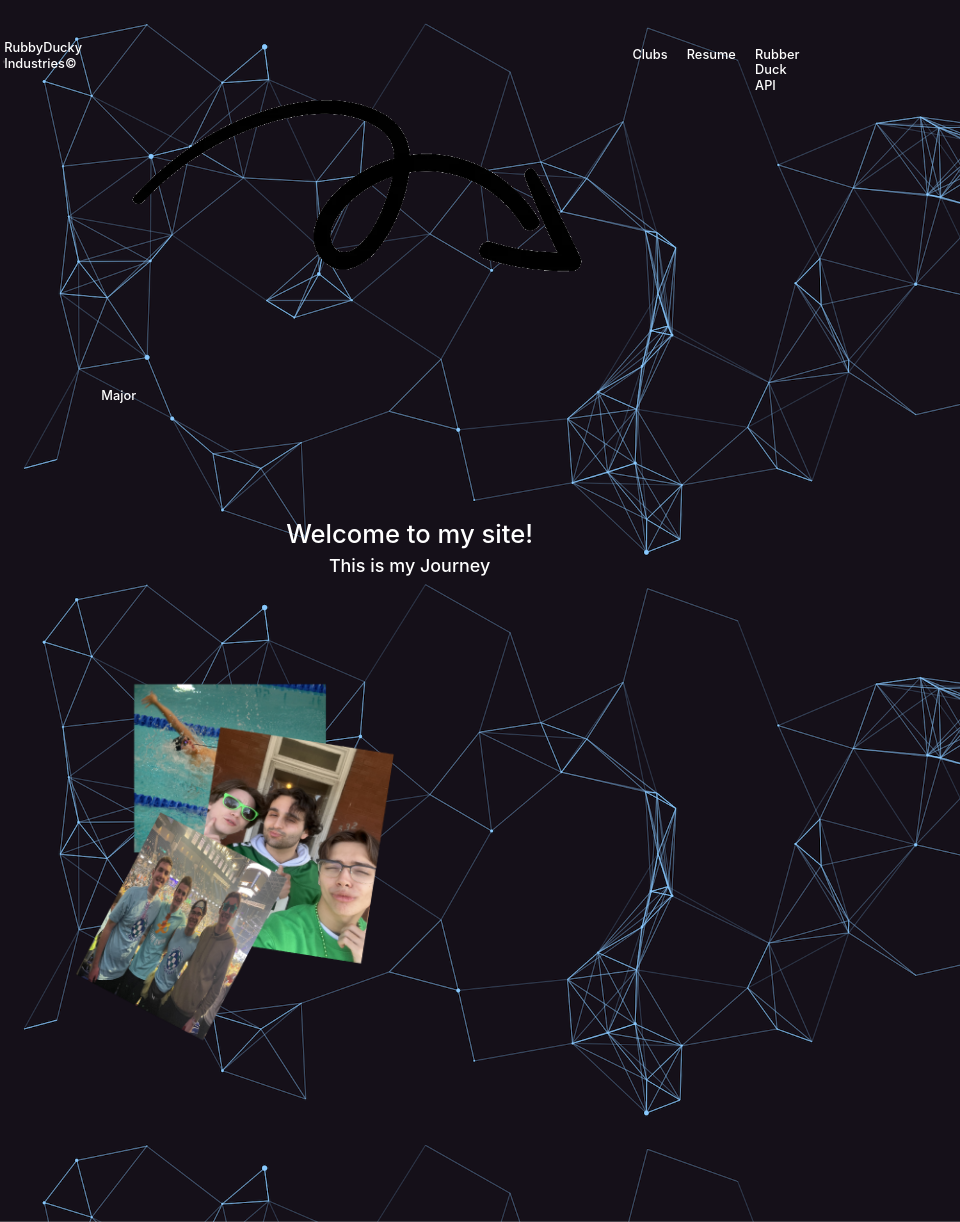
Repository: newcoder69/IST-256
Page: index.html
An editor plug-in stored every save of this project. The page is shown before and after the next save, followed by the edit.
The browser window is 1280 px wide. The page is 1500 px wide, then 1280 px, so the pictures cover 1500 px, including what lies to the right of the window. The pictures show the whole page, at 64% of full size.

Above is the page before, as saved 2024-02-28 23:19:55.

After the next save:
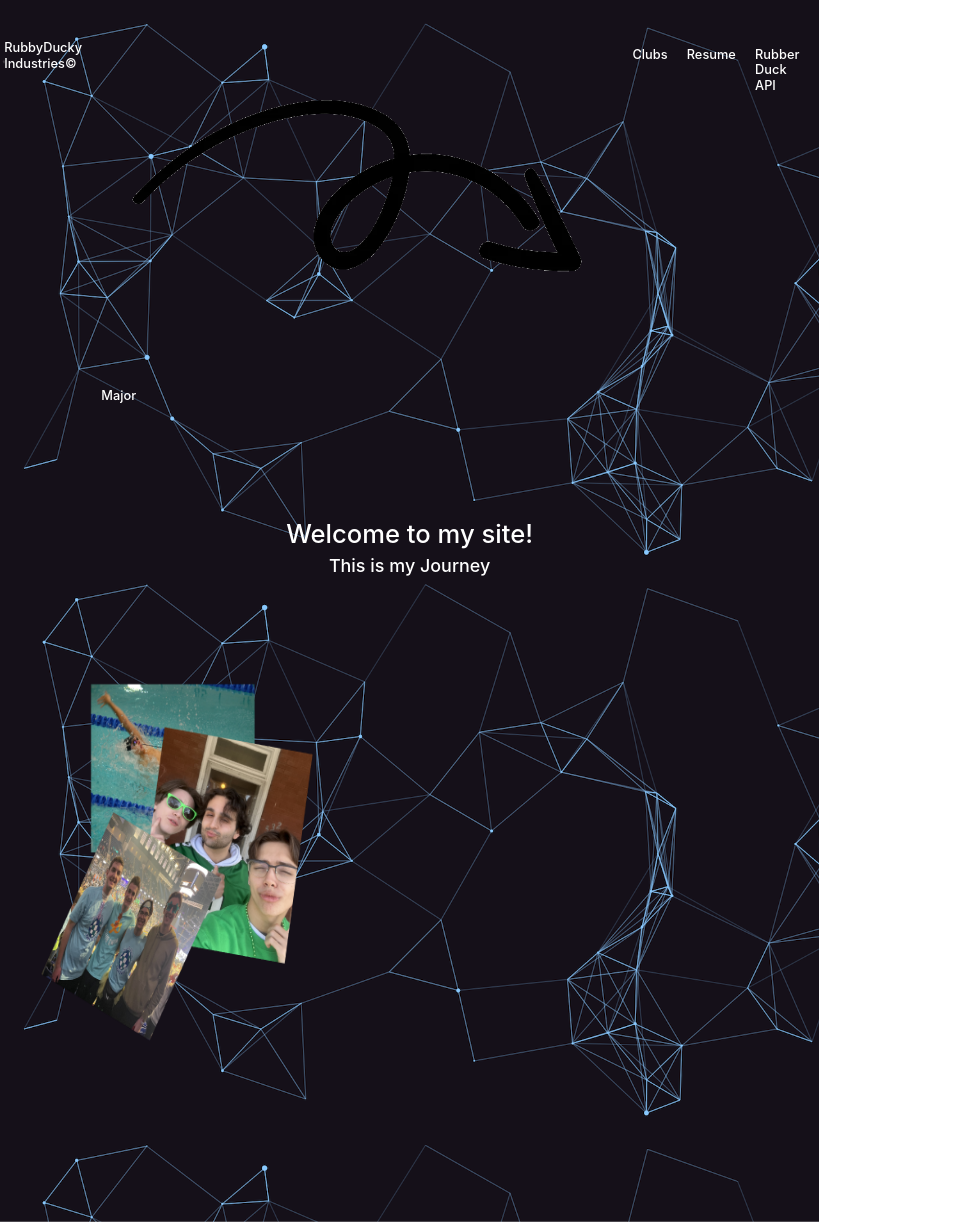
Saved 16 min 8 s later.
--- a/indexstyles.css
+++ b/indexstyles.css
@@ -4,9 +4,14 @@
     align-items: center;
     width: 100%;
     margin-top: 25px;
-    background-color:dark
+    background-color:dark;
+
 }
 
+.navbar{
+    position: static;
+    top: 0;
+}
 
 .navbar-contents ul{
     display: flex;
@@ -65,12 +70,20 @@ body{
     height: 1000px;
     position: relative;
     left: -250px;
+    width: 100%;
+
+
 
 }
 
 #imggroup1:hover{
 
-    animation: movepictures .5s ;
+    animation: movepictures .5s forwards ;
+
+
+}
+#imggroup1:not(:hover){
+    animation: movePicturesBack .5 backwards;
 }
 
 @keyframes movepictures
@@ -79,6 +92,36 @@ body{
         transform:translateX(0);
     }
     to{
-        transform: translateX(-100px);
+        transform: translateX(250px);
     }
 }
+
+@keyframes movePicturesBack {
+
+    from{
+        transform: translateX(0);
+    }
+    to{
+        transform: translateX(-250px);
+    }
+
+}
+
+.instructions{
+    color:white
+}
+
+.image-container{
+    position: relative;
+    display: inline-block;
+}
+
+.text-underImage{
+    position: absolute;
+    bottom: 0;
+    left: 0;
+    width: 100%;
+    color:white;
+    text-align:center;
+    padding: 10px 0;
+}
